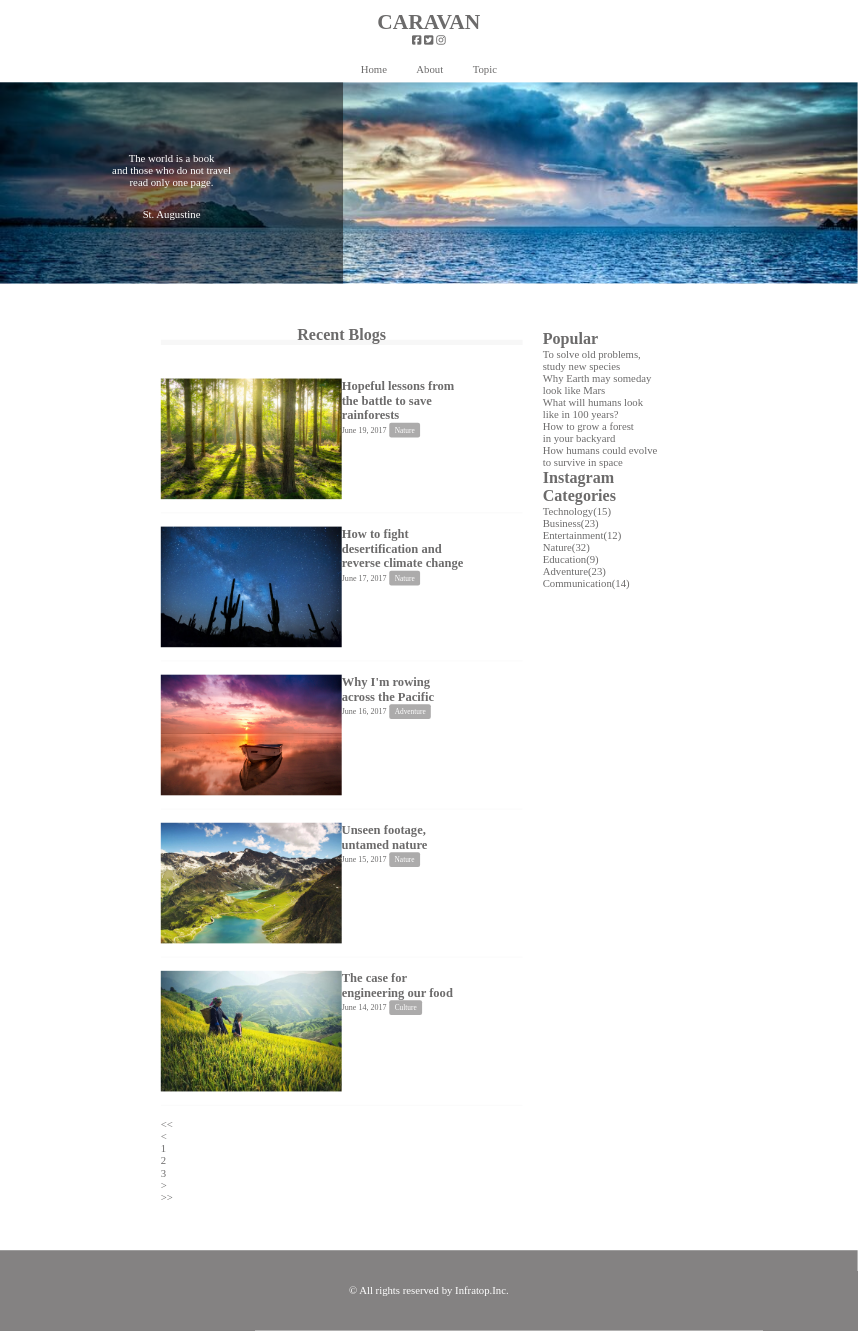
Repository: hayase-m/Webcamp
Page: caravan/index.html
The author's editor kept a record of every edit. The page is drawn from the files as they stood at one moment, then again after the next edit.
The browser window is 1280 px wide. The pictures show the whole page, at 67% of full size.
Some web libraries are served in a nearby version.

Above is the page before.

### caravan/index.html
<!DOCTYPE html>
<html lang="ja">
  <head>
    <meta charset="UTF-8" />
    <meta name="viewport" content="width=device-width,initial-scale=1.0">
    <!-- CSSファイルの読み込み -->

    <script src="https://kit.fontawesome.com/a95fdb4b13.js" crossorigin="anonymous"></script>
    <link rel="stylesheet" href="style.css" />
    <title>CARAVAN</title>
  </head>

  <body>
    <!-- header -->
    <header>
      <h1 class="heading">
        <a href="index.html">
        CARAVAN
        </a>
      </h1>

      <div class="social">
        <i class="fab fa-facebook-square"></i>
        <i class="fab fa-twitter-square"></i>
        <i class="fab fa-instagram"></i>
      </div>
    </header>

    <!-- navigation -->
    <nav>
      <ul class="nav-list">
        <li class="nav-list-item">
          <a href="index.html">Home</a>
        </li>
        <li class="nav-list-item">About</li>
        <li class="nav-list-item">Topic</li>
      </ul>
    </nav>

    <!-- main-visual用のdiv -->
    <div class="main-visual">
      <div class="main-visual-content">
        <!-- pタグ（と文字）を追加 -->
        <p class="main-visual-text">
          The world is a book <br>
          and those who do not travel <br>
          read only one page.
        </p>
        <p class="main-visual-name">
          St. Augustine
        </p>
      </div>
    </div>

    <!-- main用のdiv -->
    <main>
      <section class="blog">
        <h2 class="blog-heading">Recent Blogs</h2>

        <div class="blog-box">
          <div class="blog-item">
            <img class="blog-image" src="img/forest.jpg" />
            <section class="blog-text">
              <h3 class="blog-text-heading">
                <a href="single.html">
                  Hopeful lessons from<br>
                  the battle to save<br>
                  rainforests
                </a>
              </h3>
              <p class="blog-date">June 19, 2017</p>
              <span class="category">Nature</span>
            </section>
          </div>
          <div class="blog-item">
            <img class="blog-image" src="img/desert.jpg" />
            <section class="blog-text">
              <h3 class="blog-text-heading">
                <a href="single.html">
                  How to fight<br>
                  desertification and<br>
                  reverse climate change
                </a>
              </h3>
              <p class="blog-date">June 17, 2017</p>
              <span class="category">Nature</span>
            </section>
          </div>
          <div class="blog-item">
            <img class="blog-image" src="img/sunset.jpg" />
            <section class="blog-text">
              <h3 class="blog-text-heading">
                <a href="single.html">
                  Why I'm rowing<br>
                  across the Pacific
                </a>
              </h3>
              <p class="blog-date">June 16, 2017</p>
              <span class="category">Adventure</span>
            </section>
          </div>
          <div class="blog-item">
            <img class="blog-image" src="img/italy.jpg" />
            <section class="blog-text">
              <h3 class="blog-text-heading">
                <a href="single.html">
                  Unseen footage,<br>
                  untamed nature
                </a>
              </h3>
              <p class="blog-date">June 15, 2017</p>
              <span class="category">Nature</span>
            </section>
          </div>
          <div class="blog-item">
            <img class="blog-image" src="img/asia.jpg" />
            <section class="blog-text">
              <h3 class="blog-text-heading">
                <a href="single.html">
                  The case for<br>
                  engineering our food
                </a>
              </h3>
              <p class="blog-date">June 14, 2017</p>
              <span class="category">Culture</span>
            </section>
          </div>
        </div>
        <div class="pagination">
          <p><<</p>
          <p><</p>
          <p>1</p>
          <p>2</p>
          <p>3</p>
          <p>></p>
          <p>>></p>
        </div>
      </section>

      <div class="sidebar">
        <section class="popular">
          <h2 class="popular-heading common-heading">Popular</h2>
          <div class="sidebar-contents">
            <p class="popular-text">To solve old problems,<br>study new species</p>
            <p class="popular-text">Why Earth may someday<br>look like Mars</p>
            <p class="popular-text">What will humans look<br>like in 100 years?</p>
            <p class="popular-text">How to grow a forest<br>in your backyard</p>
            <p class="popular-text">How humans could evolve<br>to survive in space</p>
          </div>
        </section>
        <section class="instagram">
          <h2 class="instagram-heading common-heading">Instagram</h2>
          <div class="sidebar-contents">
            <div class="instagram-box"></div>
            <div class="instagram-box"></div>
            <div class="instagram-box"></div>
            <div class="instagram-box"></div>
            <div class="instagram-box"></div>
            <div class="instagram-box"></div>
          </div>
        </section>
        <section class="categories">
          <h2 class="categories-heading common-heading">Categories</h2>
          <div class="sidebar-contents">
            <p class="categories-text">Technology(15)</p>
            <p class="categories-text">Business(23)</p>
            <p class="categories-text">Entertainment(12)</p>
            <p class="categories-text">Nature(32)</p>
            <p class="categories-text">Education(9)</p>
            <p class="categories-text">Adventure(23)</p>
            <p class="categories-text">Communication(14)</p>
          </div>

        </section>
      </div>
    </main>

    <!-- footer -->
    <footer>
      <p class="footer-text">© All rights reserved by Infratop.Inc.</p>
    </footer>
  </body>
</html>

### caravan/style.css
/* ブラウザがそれぞれ持っているCSSをリセットするための記述 */
* {
  margin: 0;
  padding: 0;
  box-sizing: border-box;
  color: #6c6b6b;
}

a {
  text-decoration: none;
}

header {
  width: 90%; /* 横幅90% */
  padding: 15px 0;
  margin: 0 auto;
  text-align: center;
}

header .heading {
  /* headerタグ内のheadingクラスにのみ反映される */
  font-size: 32px;
}

.nav-list {
  text-align: center;
  padding: 10px 0;
  margin: 0 auto;
}

.nav-list-item {
  list-style: none;
  display: inline-block;
  margin: 0 20px;
}

.main-visual {
  width: 100%; /* 横幅いっぱい */
  height: 300px; /* 高さ300px */
  background-image: url(img/mv.jpg);
  background-size: cover; /* 縦横比を維持したまま背景領域を埋め尽くす */
  background-position: center; /* 背景画像を中央に配置 */
}

.main-visual-content {
  width: 40%; /* 横幅40% */
  height: 300px; /* 親の高さに揃える */
  background-color: rgba(0, 0, 0, 0.5); /* 背景色を半透明の黒にする */
  text-align: center; /* 文字を中央揃えにする */
  padding-top: 105px; /* 上側の内側余白で垂直方向の位置を調整 */
}

.main-visual-text {
  color: #fff; /* 文字色を白に変更 */
}

.main-visual-name {
  margin-top: 30px; /* 上側の外側の余白 */
  color: #fff; /* 文字色を白に変更 */
}

main {
  width: 800px; /* 横幅800px */
  display: flex; /* Flexboxの利用 */
  justify-content: center; /* 要素の横並び・中央寄せ */
  margin: 0 auto; /* 要素の中央揃え */
  padding: 70px 0; /* 上下に70px、左右に0pxの内側余白 */
}

.blog {
  width: 540px;
  margin-right: 30px; /* 領域の右側余白 */
}

.blog-heading {
  border-bottom: 8px solid #f7f7f7;
  text-align: center;
  line-height: 0.6;
}

.blog-box {
  padding-top: 50px;
}

.blog-item {
  padding-bottom: 20px;
  margin-bottom: 20px;
  border-bottom: 1px solid #f7f7f7;
  display: flex;
  justify-content: flex-start;
}

.blog-image {
  height: 180px
}

.blog-date {
  font-size: 12px;
  display: inline-block;
}

.category {
  display: inline-block;
  padding: 5px 8px;
  background-color: #acabab;
  border-radius: 3px;
  color: #fff;
  font-size: 11px;
}

.sidebar {
  width: 230px;
}

footer {
  width: 100%;
  height: 120px;
  text-align: center;
  line-height: 120px;
  background-color: #848282;
}

.footer-text {
  color: #fff;
}

After the next edit:
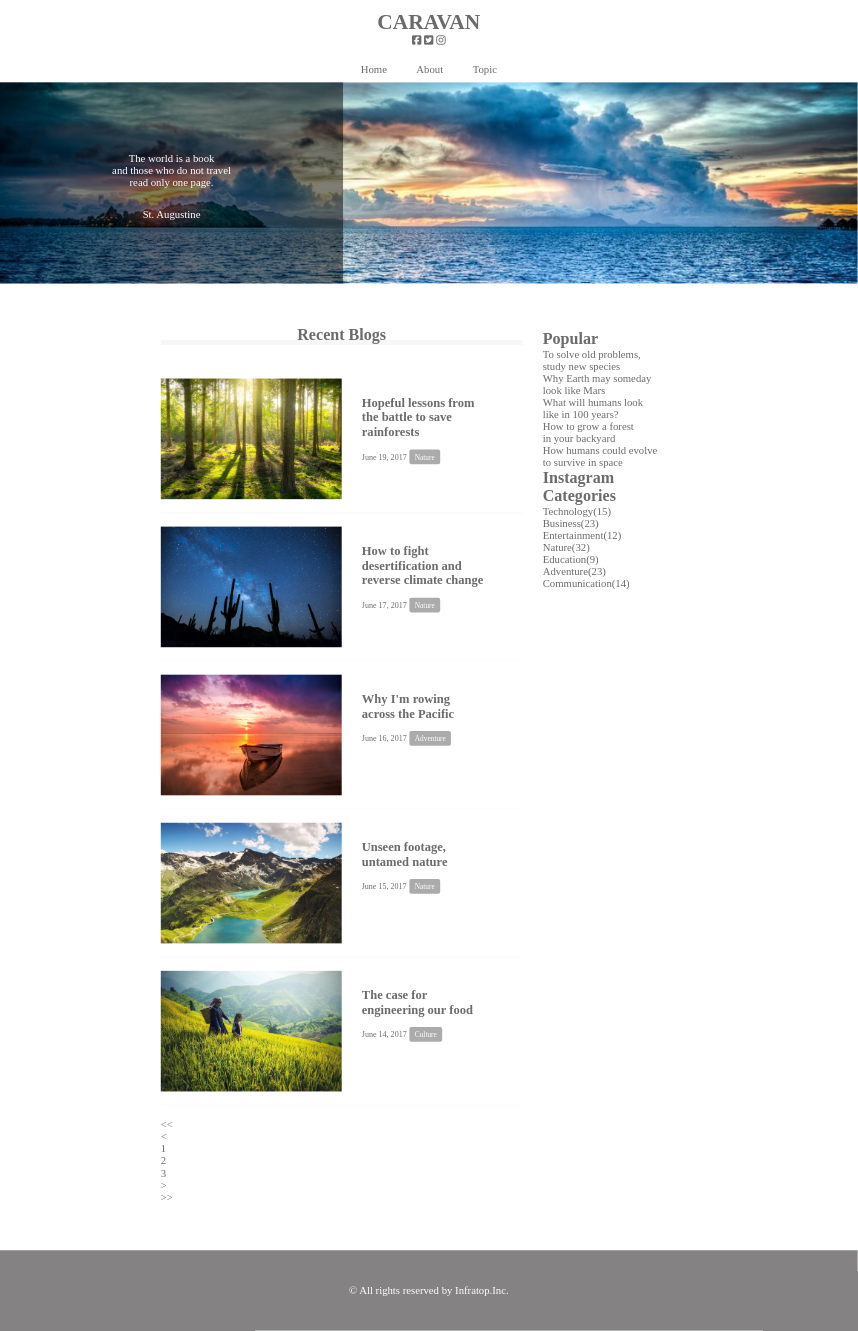
The edit:
--- a/caravan/style.css
+++ b/caravan/style.css
@@ -94,6 +94,14 @@
   height: 180px
 }
 
+.blog-text {
+  padding: 25px 0 0 30px;
+}
+
+.blog-text-heading {
+  padding-bottom: 15px;
+}
+
 .blog-date {
   font-size: 12px;
   display: inline-block;
